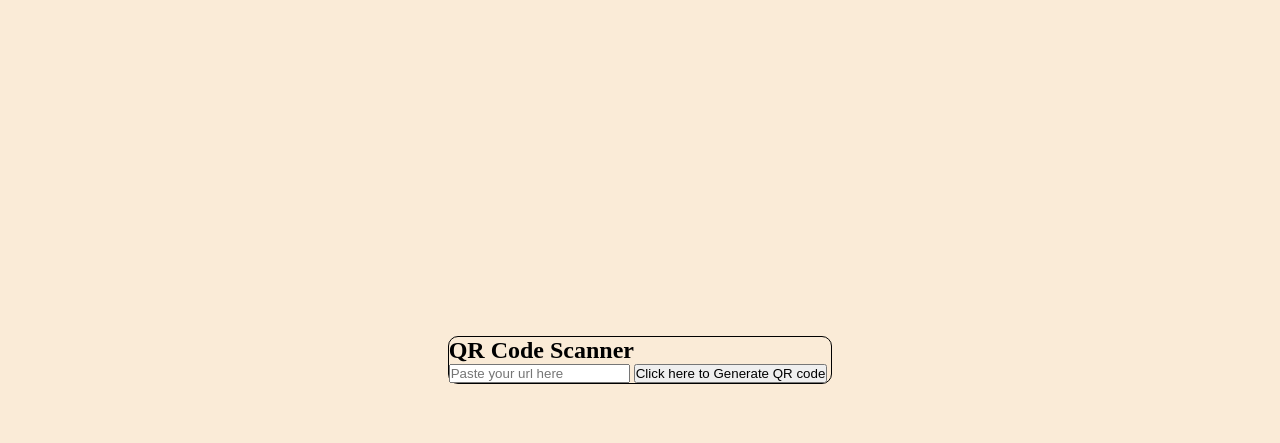
Repository: JunaidAnsari202/QR-Scanner
Page: index.html
An editor plug-in stored every save of this project. The page is shown before and after a run of saves, followed by the edit.
The browser window is 1280 px wide. The pictures show the whole page.

Above is the page before, as saved 2024-10-12 12:14:00.

After the next 5 saves:
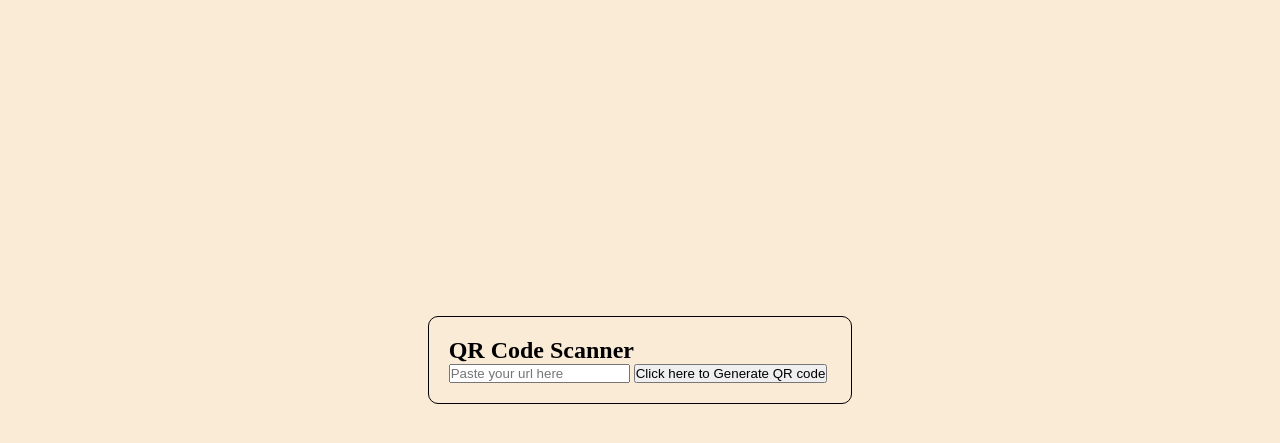
The 5 saves are shown as one change because they came seconds apart.
The last was saved 12 s later.
--- a/style.css
+++ b/style.css
@@ -15,4 +15,5 @@ body{
 .qr-container{
     border: 1px solid black;
     border-radius: 10px;
+    padding: 20px;
 }
